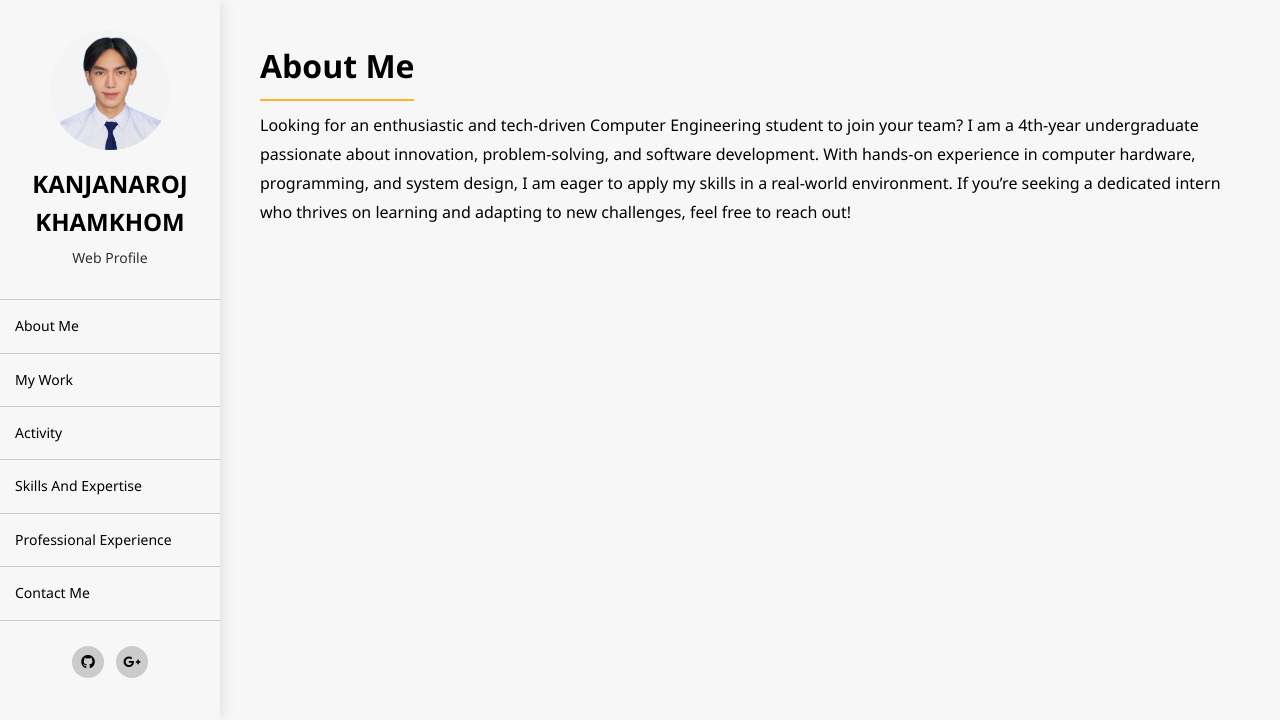
Repository: bbonds0007/profile
Page: contact.html
The author's editor kept a copy of each file at every save. The page is drawn from the files as they stood at one save, then again after the next save.
The browser window is 1280 px wide. The pictures show the whole page.

Above is the page before, as saved 2025-03-16 06:56:42.

### contact.html
<!DOCTYPE html>
<html lang="en">

<head>
    <meta charset="UTF-8">
    <meta name="viewport" content="width=device-width, initial-scale=1.0">
    <link rel="icon" href="public/img/profile_icon.png" type="image/x-icon" sre="/img/profile_icon.png">
    <title>PROFILE</title>
    <link rel="stylesheet" href="public/home.css">
    <link rel="stylesheet" href="https://cdnjs.cloudflare.com/ajax/libs/font-awesome/5.15.4/css/all.min.css">
    <!-- <link rel="icon" type="image/x-icon" href="Profile_icon.png" sre="Profile_icon.png"> -->
    <link rel="stylesheet" href="https://cdn.jsdelivr.net/npm/bootstrap-icons/font/bootstrap-icons.css">
</head>

<body>
    <div class="container">
        <aside class="sidebar">
            <div class="profile">
                <div class="profile-image">
                    <img src="public/img/profile_icon.png" alt="Profile Photo">
                </div>
                <h1>KANJANAROJ KHAMKHOM</h1>
                <p class="title">Web Profile</p>
            </div>

            <nav class="nav-menu">
                <ul>
                    <li class="active"><a href="index.html">About Me</a></li>
                    <li><a href="work.html">My Work</a></li>
                    <li><a href="activity.html">Activity</a></li>
                    <li><a href="skills.html">Skills And Expertise</a></li>
                    <li><a href="experience.html">Professional Experience</a></li>
                    <li><a href="contact.html">Contact Me</a></li>
                </ul>
            </nav>

            <div class="social-icons">
                <a href="https://github.com/bbonds0007"><i class="fab fa-github"></i></a>
                <a href="https://mail.google.com/mail/?view=cm&fs=1&to=kanjanaroj.k@gmail.com"><i
                        class="fab fa-google-plus-g"></i></a>
            </div>

            <div class="copyright">
                <p>Kanjanaroj Khamkhom</p>
                <p>Web Design</p>
                <p class="small-text">by templatemo</p>
            </div>
        </aside>

        <main class="content">
            <header class="content-header">
                <h2 id="about">About Me</h2>
                <p>Looking for an enthusiastic and tech-driven Computer Engineering student to join your team? I am a
                    4th-year undergraduate passionate about innovation, problem-solving, and software development. With
                    hands-on experience in computer hardware, programming, and system design, I am eager to apply my
                    skills in a real-world environment. If you’re seeking a dedicated intern who thrives on learning and
                    adapting to new challenges, feel free to reach out!</p>

                <p></p>
            </header>
        </main>
    </div>
</body>

### public/home.css
/* General Styles */
* {
    margin: 0;
    padding: 0;
    box-sizing: border-box;
}

body {
    font-family: 'Segoe UI', Tahoma, Geneva, Verdana, sans-serif;
    line-height: 1.6;
    background-color: #f4f4f4;
    overflow-x: hidden;
}

a {
    text-decoration: none;
    color: inherit;
}

.container {
    display: flex;
    min-height: 100vh;
}

/* Sidebar Styles */
.sidebar {
    width: 220px;
    background-color: #F7F7F7;
    color: #000000;
    display: flex;
    flex-direction: column;
    position: fixed;
    left: 0;
    top: 0;
    bottom: 0;
    overflow-y: auto;
    z-index: 100;
    box-shadow: 2px 0 15px rgba(0, 0, 0, 0.1);
}

.profile {
    text-align: center;
    padding: 30px 15px;
}

.profile-image {
    width: 120px;
    height: 120px;
    margin: 0 auto 15px;
    border-radius: 50%;
    overflow: hidden;
    background-color: #f4f4f4;
}

.profile-image img {
    width: 100%;
    height: 100%;
    object-fit: cover;
}

.profile h1 {
    margin-bottom: 5px;
    font-size: 24px;
}

.profile .title {
    font-size: 14px;
    opacity: 0.8;
}

.nav-menu {
    flex-grow: 1;
}

.nav-menu ul {
    list-style: none;
}

.nav-menu li {
    border-top: 1px solid #cbcbcb;
}

.nav-menu li:last-child {
    border-bottom: 1px solid #cbcbcb;
}

.nav-menu li a {
    display: block;
    padding: 15px;
    color: #000000;
    transition: background-color 0.3s;
    font-size: 14px;
}

.social-icons {
    display: flex;
    justify-content: center;
    padding: 25px 0;
    gap: 12px;
    flex-wrap: wrap;
}

.social-icons a {
    display: flex;
    align-items: center;
    justify-content: center;
    width: 32px;
    height: 32px;
    background-color: #cbcbcb;
    border-radius: 50%;
    transition: background-color 0.3s;
    font-size: 14px;
}

.social-icons a:hover {
    background-color: #F7F7F7;
}

.copyright {
    text-align: center;
    padding: 15px;
    font-size: 12px;
    opacity: 0.7;
}

.small-text {
    font-size: 11px;
    margin-top: 5px;
}

/* Content Styles */
.content {
    flex-grow: 1;
    background-color: #F7F7F7;
    color: #000000;
    padding: 40px;
    margin-left: 220px;
    width: calc(100% - 220px);
}

.content-header {
    margin-bottom: 40px;
}

.content-header h2 {
    font-size: 32px;
    margin-bottom: 20px;
    position: relative;
    display: inline-block;
}

.content-header h2::after {
    content: '';
    position: absolute;
    bottom: -10px;
    left: 0;
    width: 100%;
    height: 2px;
    background-color: #FFB22C;
}

.content-header p {
    line-height: 1.8;
}

/* Featured Content Section */
.featured-content, .secondary-content {
    display: flex;
    margin-bottom: 60px;
    gap: 40px;
}

.featured-image img, .secondary-image img {
    width: 100%;
    height: auto;
    border-radius: 5px;
}

.featured-text, .secondary-text {
    flex: 0 0 45%;
}

.featured-text h3, .secondary-text h3 {
    font-size: 24px;
    margin-bottom: 20px;
}

.featured-text p, .secondary-text p {
    margin-bottom: 25px;
    line-height: 1.8;
}

.btn{
    display: inline-block;
    padding: 10px 20px;
    background-color: #ffa1a1;
    color: #000000;
    border-radius: 5px;
    transition: background-color 0.3s;
    font-size: 14px;
}

/* Responsive Design */
@media (max-width: 992px) {
    .sidebar {
        width: 180px;
    }

    .content {
        margin-left: 180px;
        width: calc(100% - 180px);
    }

    .featured-content, .secondary-content {
        flex-direction: column;
    }

    .featured-image, .secondary-image,
    .featured-text, .secondary-text {
        flex: 0 0 100%;
    }
}

@media (max-width: 768px) {
    .container {
        flex-direction: column;
    }

    .sidebar {
        width: 100%;
        position: relative;
        height: auto;
    }

    .content {
        margin-left: 0;
        width: 100%;
        padding: 30px;
    }

    .profile {
        padding: 20px 15px;
    }

    .profile-image {
        width: 100px;
        height: 100px;
    }

    .experience-item {
        flex-direction: column;
        gap: 10px;
    }

    .experience-year {
        margin-bottom: 10px;
    }
}

After the next save:
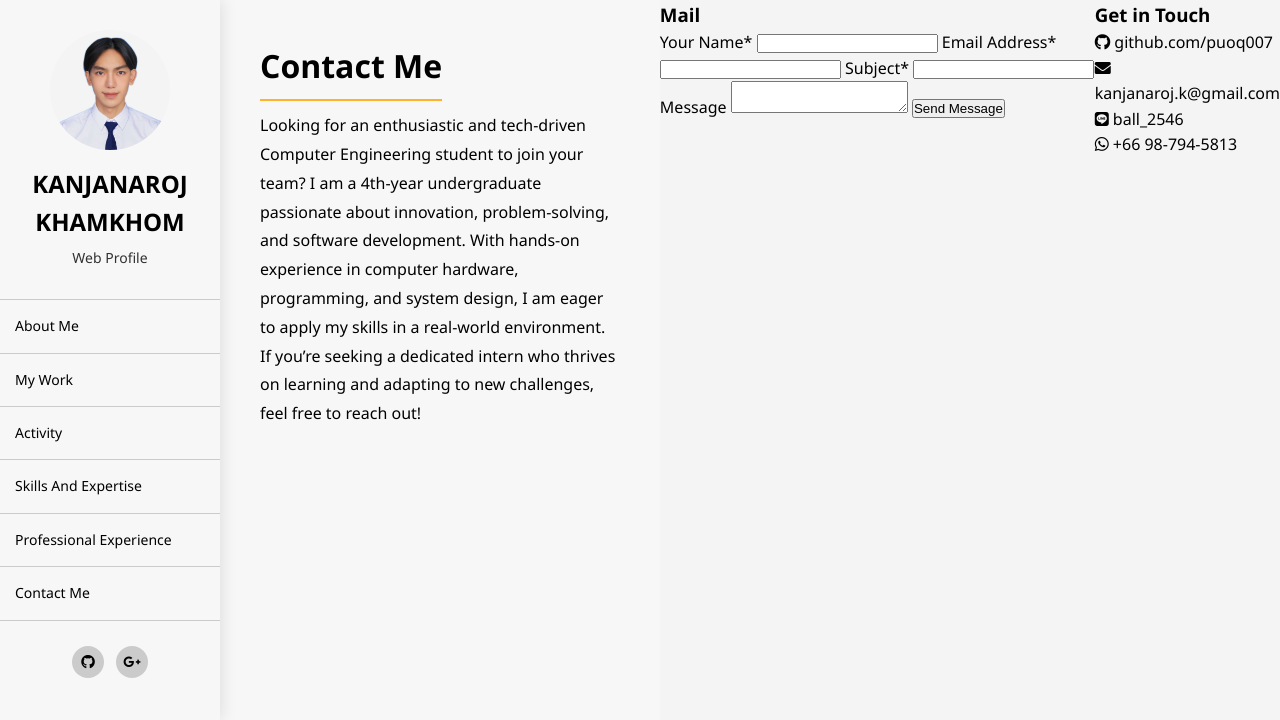
Saved 7 h 20 min later.
--- a/contact.html
+++ b/contact.html
@@ -49,15 +49,42 @@
 
         <main class="content">
             <header class="content-header">
-                <h2 id="about">About Me</h2>
+                <h2 id="about">Contact Me</h2>
                 <p>Looking for an enthusiastic and tech-driven Computer Engineering student to join your team? I am a
                     4th-year undergraduate passionate about innovation, problem-solving, and software development. With
                     hands-on experience in computer hardware, programming, and system design, I am eager to apply my
                     skills in a real-world environment. If you’re seeking a dedicated intern who thrives on learning and
                     adapting to new challenges, feel free to reach out!</p>
+            </header>
+        </main>
+        <section class="contact-form">
+            <h3>Mail</h3>
+            <form>
+                <label for="name">Your Name*</label>
+                <input type="text" id="name" required>
 
-                <p></p>
-            </header>
+                <label for="email">Email Address*</label>
+                <input type="email" id="email" required>
+
+                <label for="subject">Subject*</label>
+                <input type="text" id="subject" required>
+
+                <label for="message">Message</label>
+                <textarea id="message"></textarea>
+
+                <button type="submit">Send Message</button>
+            </form>
+        </section>
+
+        <section class="contact-info">
+            <h3>Get in Touch</h3>
+            <p><i class="fab fa-github"></i> <a href="https://github.com/puoq007">github.com/puoq007</a></p>
+            <p><i class="fas fa-envelope"></i> kanjanaroj.k@gmail.com</p>
+            <p><i class="fab fa-line"></i> ball_2546</p>
+            <p><i class="fab fa-whatsapp"></i> +66 98-794-5813</p>
+        </section>
         </main>
     </div>
 </body>
+
+</html>
